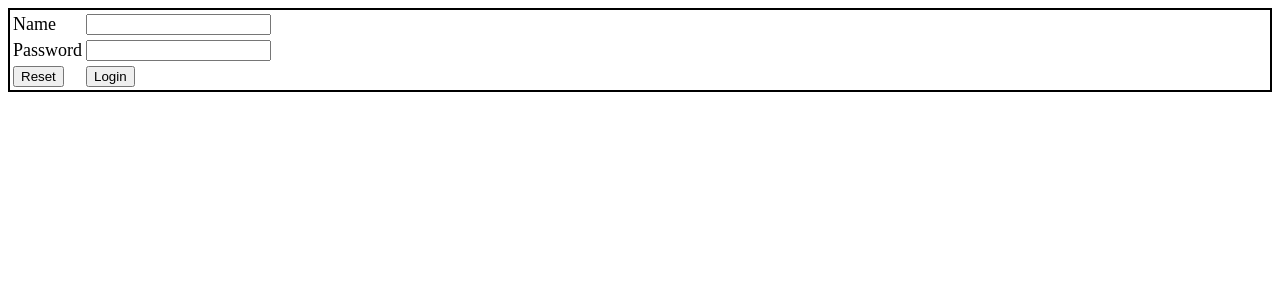
Repository: jks2127/SMS-webApp
Page: sms 1.2/WebContent/index.html
These files come from the project's save history. The page is drawn as it stood at one moment and after the next save; the edit follows.
The browser window is 1280 px wide. The pictures show the whole page.

Above is the page before, as saved 2021-06-11 12:11:44.

After the next save:
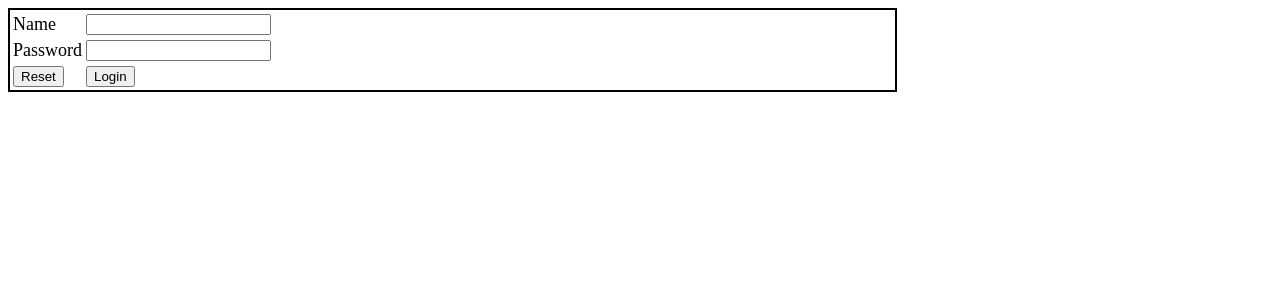
Saved 69 s later.
--- a/sms 1.2/WebContent/index.html
+++ b/sms 1.2/WebContent/index.html
@@ -5,10 +5,8 @@
 	<title>Student Management System</title>
 
 	<style>
-		@-ms-viewport{
-		width:device-width;
-		}
 		.container{
+		width:70%;
 		border:2px solid black;
 		font-size:18px;
 		}
